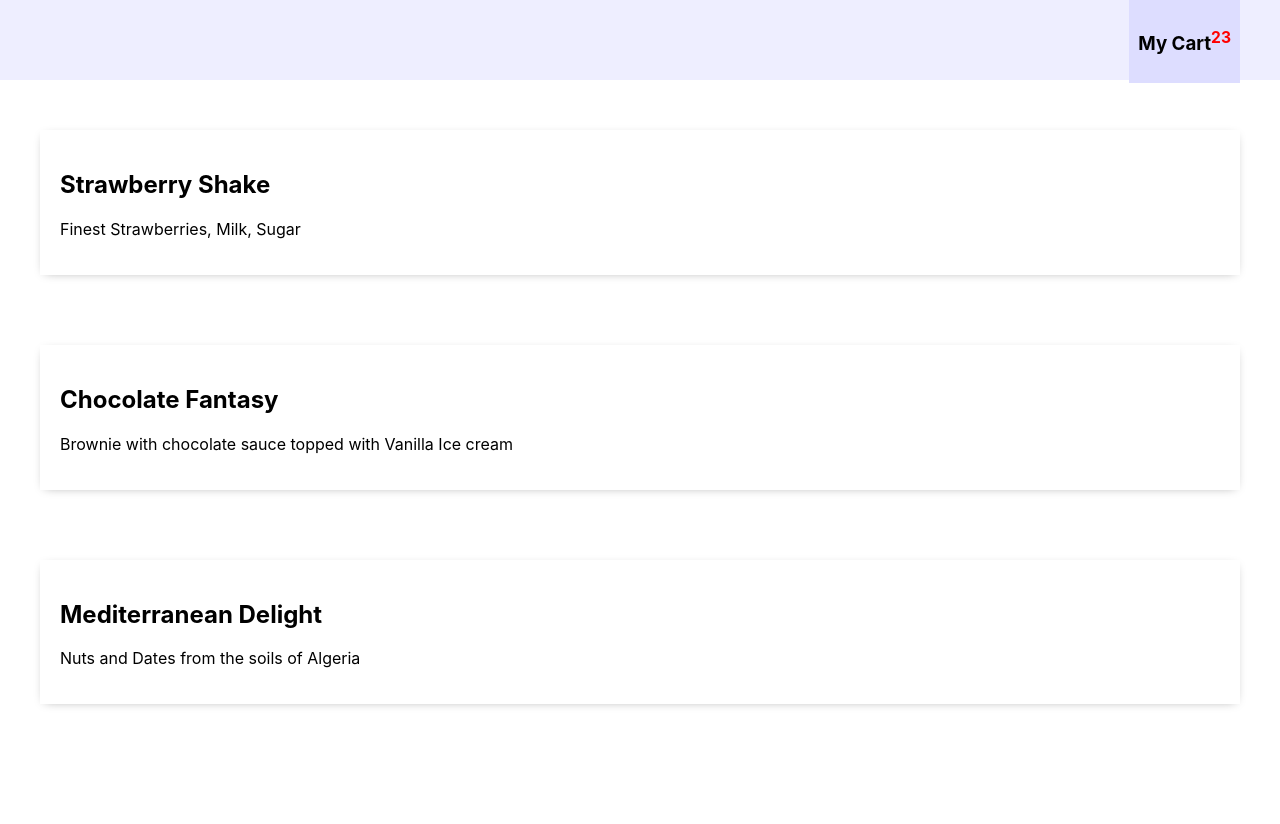
Repository: suhail-yazdan/shopping-cart-react
Page: /
The author's editor kept a copy of each file at every save. The page is drawn from the files as they stood at one save, then again after the next save.
The browser window is 1280 px wide. The pictures show the whole page.
The project was rebuilt for these pictures with package versions that can differ from the ones it lists, and the page was loaded fresh each time.

Above is the page before, as saved 2023-10-09 13:10:30.

After the next save:
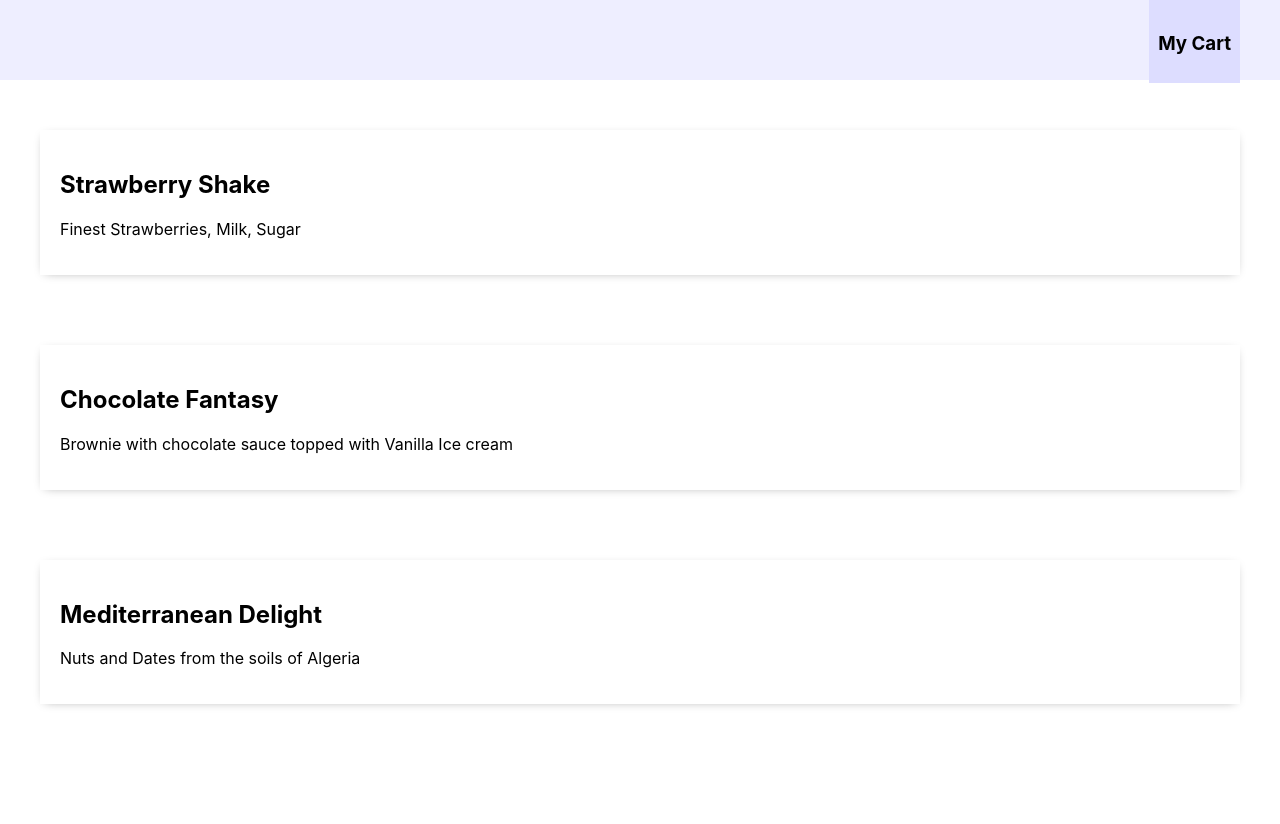
Saved 5 min 29 s later.
--- a/src/Cart.jsx
+++ b/src/Cart.jsx
@@ -3,7 +3,7 @@ import "./cartstyle.css"
 const Cart = (props) => {
   return (
     <div className="cart">
-      <h3 onClick={props.setShowCart}> My Cart<sup className="totalItems">23</sup> </h3>
+      <h3 onClick={props.setShowCart}> My Cart<sup className="totalItems">{}</sup></h3>
       {props.showCart &&
         <div className="popup">
           <ul>
